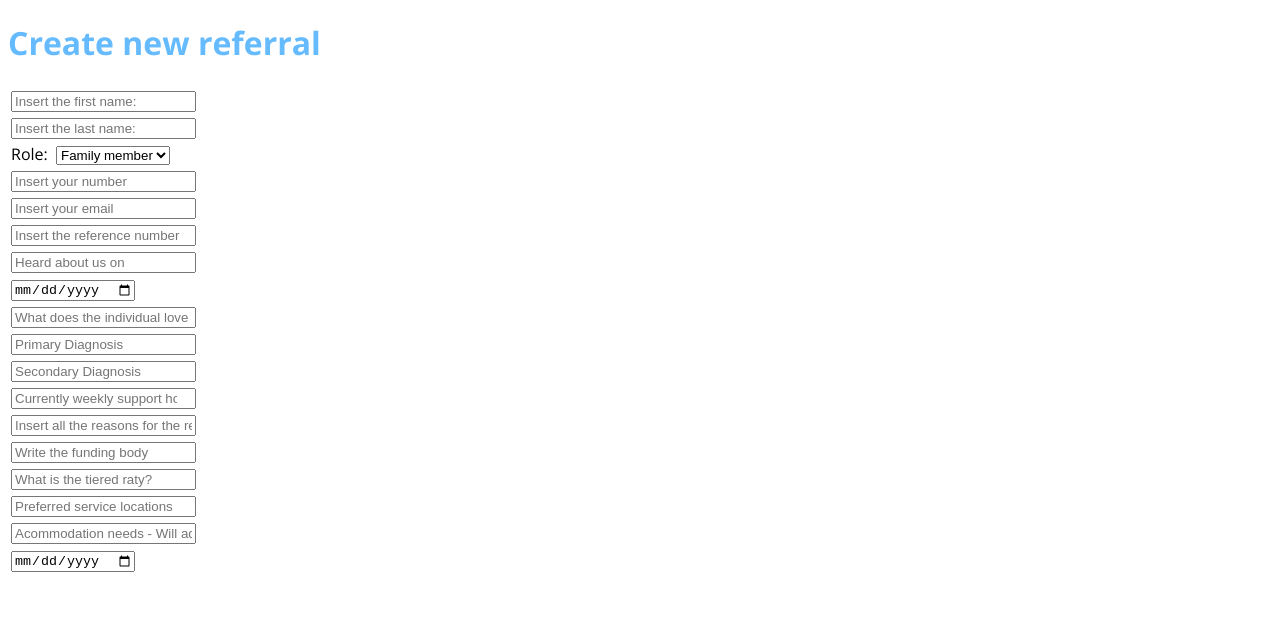
Repository: israelrodriguees/QAactivity
Page: http://localhost/referral/new_referral.jsp
The author's editor kept a copy of each file at every save. The page is drawn from the files as they stood at one save, then again after the next save.
The browser window is 1280 px wide. The pictures show the whole page.
The page is served by Tomcat 9.

Above is the page before, as saved 2021-08-16 16:31:10.

After the next save:
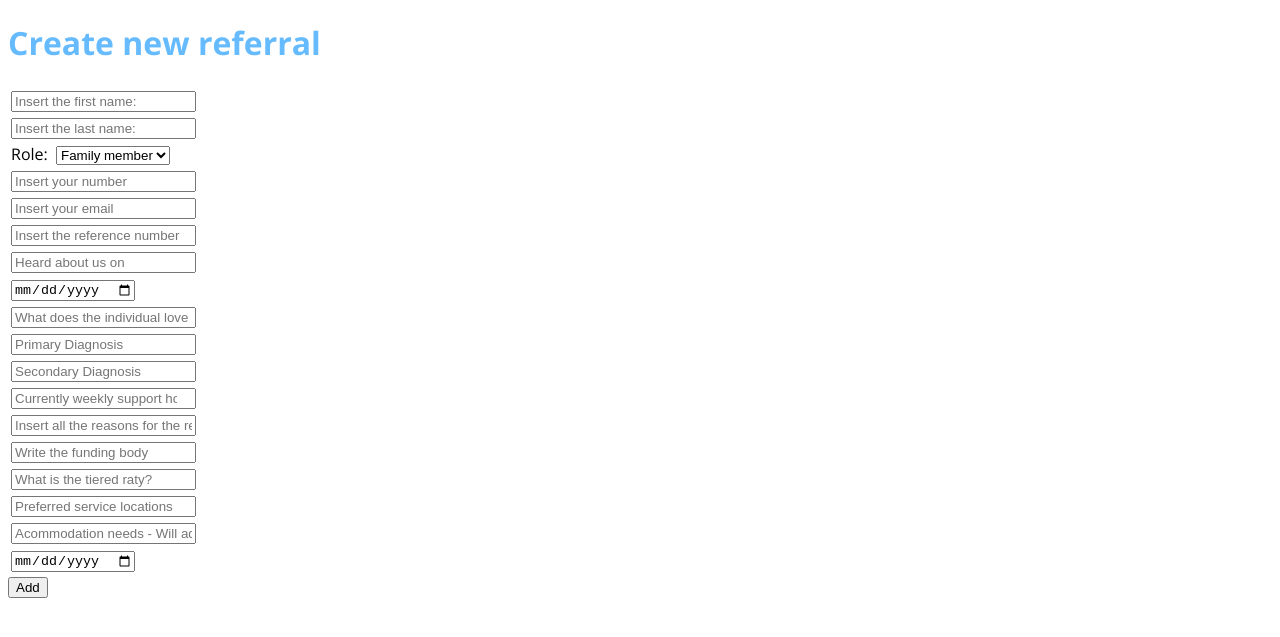
Saved 32 s later.
--- a/referral/src/main/webapp/new_referral.jsp
+++ b/referral/src/main/webapp/new_referral.jsp
@@ -103,9 +103,8 @@
 				<td><input type="date" name="txt_dstart"
 					placeholder="The preferred start date"></td>
 			</tr>
-
 		</table>
-
+		<input type="button" value="Add">
 	</form>
 </body>
 </html>

After the save that followed:
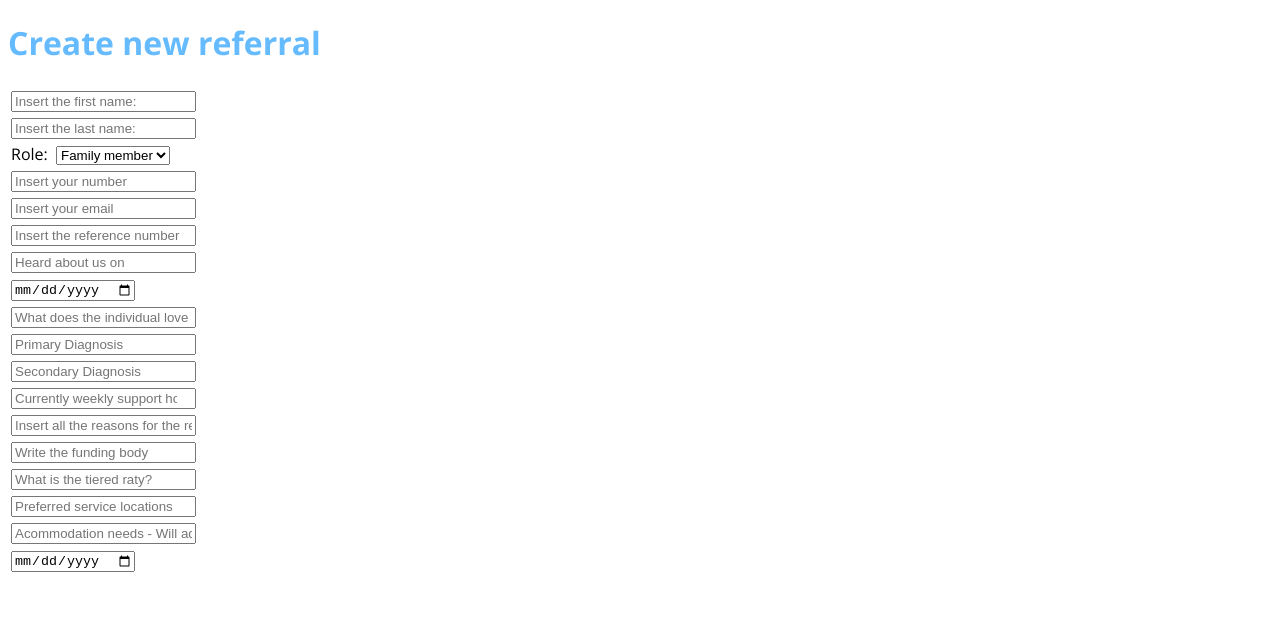
Saved 64 s later.
--- a/referral/src/main/webapp/new_referral.jsp
+++ b/referral/src/main/webapp/new_referral.jsp
@@ -104,7 +104,7 @@
 					placeholder="The preferred start date"></td>
 			</tr>
 		</table>
-		<input type="button" value="Add">
+		<input type="button" value="Add" class="button1>
 	</form>
 </body>
 </html>
